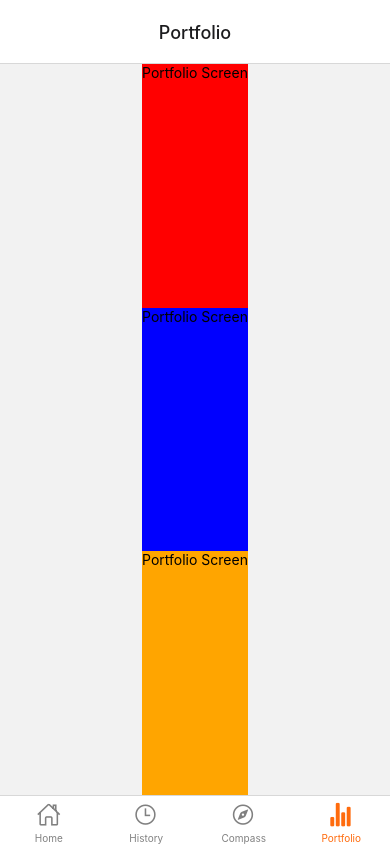
Repository: duongnoob23/WIND_SPEED_IOT
Screen: /Portfolio
These files come from the project's save history. The screen is drawn as it stood at one moment and after the next save; the edit follows.
The app was drawn by React Native's web renderer in a window 390 px wide. The project was rebuilt for these pictures with package versions that can differ from the ones it lists, and the page was loaded fresh each time. Also part of the build but not shown: src/page/screens/HomeScreen.js, src/page/screens/ExpensesScreen.js.

Above is the screen before, as saved 2025-03-11 14:31:06.

After the next save:
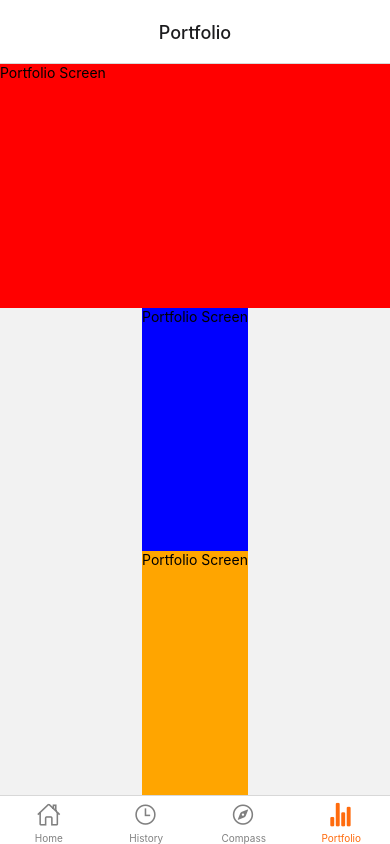
Saved 23 s later.
--- a/src/page/screens/PortfolioScreen.js
+++ b/src/page/screens/PortfolioScreen.js
@@ -18,6 +18,7 @@ const styles = StyleSheet.create({
     alignItems: "center",
   },
   box1: {
+    width: "100%",
     flex: 1,
     backgroundColor: "red",
   },
